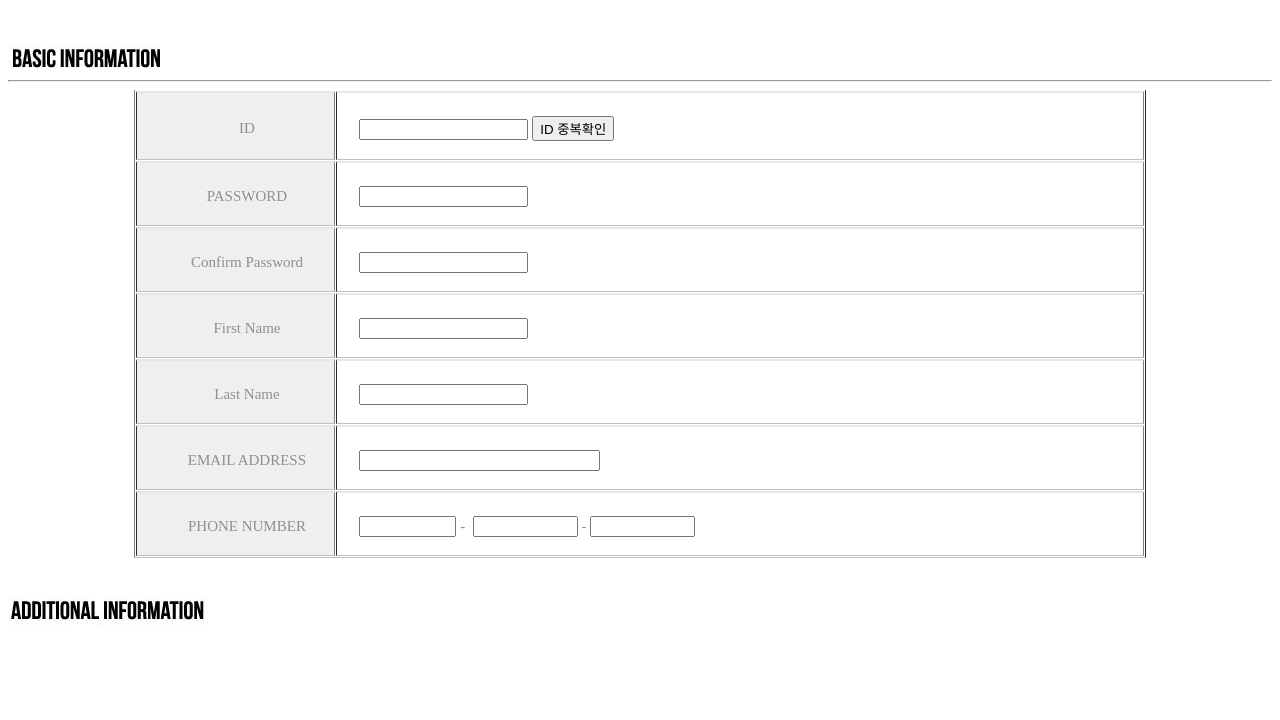
Repository: kminjoo/Making-website-using-JSP
Page: http://localhost/website_project/Register.jsp
The author's editor kept a copy of each file at every save. The page is drawn from the files as they stood at one save, then again after the next save.
The browser window is 1280 px wide. The pictures show the whole page.
The page is served by Tomcat 9. Other server files are loaded and not shown.

Above is the page before, as saved 2015-07-21 14:19:03.

### website_project/WebContent/Register.jsp
<%@ page language="java" contentType="text/html; charset=EUC-KR"
    pageEncoding="EUC-KR"%>
<!DOCTYPE html PUBLIC "-//W3C//DTD HTML 4.01 Transitional//EN" "http://www.w3.org/TR/html4/loose.dtd">
<html>
<head>
<meta http-equiv="Content-Type" content="text/html; charset=EUC-KR">
<title>Welcome to Minjoo's Website!</title>
<link href="style.css" rel="stylesheet" type="text/css">

<script language="JavaScript" src="script.js"></script>
</head>
<body><br><br>
<div><img src="<%=request.getContextPath() %>/images/basicInfo.JPG"/></div>
<hr>
<table border="1" cellpadding="18" cellspacing="1" width="80%" align="center">
<form name="regForm" method="post" action="RegisterProc.jsp">
	<tr>
		<td width="13%" align="center" bgcolor="#EFEFEF">ID</td>
		<td width="60%"><input type="text" name="mem_id" size="18">
		<input type="button" value="ID 중복확인" onClick="idCheck(this.form.mem_id.value)"></td>
	</tr>
	<tr>
		<td width="13%" align="center" bgcolor="#EFEFEF">PASSWORD</td>
		<td width="60%"><input type="password" name="mem_passwd" size="18">
	</tr>
	<tr>
		<td width="13%" align="center" bgcolor="#EFEFEF">Confirm Password</td>
		<td width="60%"><input type="password" name="mem_repasswd" size="18">
	</tr>
	<tr>
		<td width="13%" align="center" bgcolor="#EFEFEF">First Name</td>
		<td width="60%"><input type="text" name="mem_firstname" size="18"></td>
	</tr>
	<tr>
		<td width="13%" align="center" bgcolor="#EFEFEF">Last Name</td>
		<td width="60%"><input type="text" name="mem_lastname" size="18"></td>
	</tr>
	<tr>
		<td width="13%" align="center" bgcolor="#EFEFEF">EMAIL ADDRESS</td>
		<td width="60%"><input type="text" name="mem_email" size="27">
	</tr>
	<tr>
		<td width="13%" align="center" bgcolor="#EFEFEF">PHONE NUMBER</td>
		<td width="30%"><input type="text" name="mem_phone1" size="9">&nbsp;-&nbsp;
		<input type="text" name="mem_phone2" size="10">&nbsp;-&nbsp;<input type="text" name="mem_phone3" size="10"></td>
	</tr>

</table>
<br><br>
<div><img src="<%=request.getContextPath() %>/images/additional.JPG"/></div>
</form>

</body>
</html>

### website_project/WebContent/style.css
@CHARSET "EUC-KR";

hr {
    display: block;
    margin-top: 0.5em;
    margin-bottom: 0.5em;
    margin-left: auto;
    margin-right: auto;
    border-style: inset;
    border-width: 1px;
}

/*table {
    display: table;
    border-collapse: collpase;
    border-spacing: 0px;
    border-color: #EFEFEF;
}*/

img{vertical-align:middle;}

table{table-layout:fixed;border-top:0px solid #c0c0c0;border-bottom:1px solid #c0c0c0;}

td{padding:23px 0 18px 22px;border-top:2px solid #e7e7e7;color:#8f8f8f;line-height:140%;font-size:15px;}

### website_project/WebContent/script.js
/**
 *
 */


function loginCheck(){
	if(document.login.mem_id.value==""){
		alert("Enter your ID.");
		document.login.mem_id.focus();
		return;
	}
	if(document.login.mem_passwd.value==""){
		alert("Enter your password.");
		document.login.mem_passwd.focus();
		return;
	}
	document.login.submit();

}

function memberReg(){
	location.href ="Register.jsp";
}
function idCheck(id){
	if(id == ""){
	alert("Enter your ID.");
	document.regForm.mem_id.focus();
	}else{
		url="IdCheck.jsp?mem_id=" + id;
		window.open(url,"post","width=300,height=150");
	}
}

function inputCheck(){
	if(document.regForm.mem_id.value==""){
		alert("Enter your ID.");
		document.regForm.mem_id.focus();
		return;
	}
	if(document.regForm.mem_password.value==""){
		alert("Enter your Password.");
		document.regForm.mem_password.focus();
		return;
	}
	if(document.regForm.mem_repasswd.value==""){
		alert("Enter your Password.");
		document.regForm.mem_repasswd.focus();
		return;
	}

	if(document.regForm.mem_password.value != document.regForm.mem_repasswd.value){
		alert("Passwords do not match.");
		document.regForm.mem_passwd.focus();
		return;
	}

	if(document.regForm.mem_firstname.value==""){
		alert("Enter your first name.");
		document.regForm.mem_firstname.focus();
		return;
	}
	if(document.regForm.mem_lastname.value==""){
		alert("Enter your last name.");
		document.regForm.mem_lastname.focus();
		return;
	}
	if(document.regForm.mem_email.value==""){
		alert("Enter your email address.");
		document.regForm.mem_email.focus();
		return;
	}
	if(document.regForm.mem_phone1.value==""){
		alert("Enter your phone number.");
		document.regForm.mem_phone1.focus();
		return;
	}
	if(document.regForm.mem_phone2.value==""){
		alert("Enter your phone number.");
		document.regForm.mem_phone2.focus();
		return;
	}
	if(document.regForm.mem_phone3.value==""){
		alert("Enter your phone number.");
		document.regForm.mem_phone3.focus();
		return;
	}

	var str = document.regForm.mem_email.value;
	var atPos = str.indexOf('@');
	var atLastPos = str.lastIndexOf('@');
	var dotPos = str.indexOf('.');
	var spacePos = str.indexOf(' ');
	var commaPos = str.indexOf(',');
	var emailSize = str.length;

	if(atPos>1 && atPos == atLastPos && dotPos > 3 && spacePos == -1 &&
			commaPos == -1 && atPos + 1 < dotPos && dotPos + 1 < emailSize );
	else{
		alert("This e-mail address is incorrectly formatted. \n\r Please try again.");
		document.regForm.mem_email.focus();
		return;
	}

	document.regForm.submit();
}

function inputCheck2(){
	if(document.regForm.mem_id.value==""){
		alert("Enter your ID.");
		document.regForm.mem_id.focus();
		return;
	}
	if(document.regForm.mem_password.value==""){
		alert("Enter your Password.");
		document.regForm.mem_password.focus();
		return;
	}

	if(document.regForm.mem_firstname.value==""){
		alert("Enter your first name.");
		document.regForm.mem_firstname.focus();
		return;
	}
	if(document.regForm.mem_lastname.value==""){
		alert("Enter your last name.");
		document.regForm.mem_lastname.focus();
		return;
	}
	if(document.regForm.mem_email.value==""){
		alert("Enter your email address.");
		document.regForm.mem_email.focus();
		return;
	}
	if(document.regForm.mem_phone1.value==""){
		alert("Enter your phone number.");
		document.regForm.mem_phone1.focus();
		return;
	}
	if(document.regForm.mem_phone2.value==""){
		alert("Enter your phone number.");
		document.regForm.mem_phone2.focus();
		return;
	}
	if(document.regForm.mem_phone3.value==""){
		alert("Enter your phone number.");
		document.regForm.mem_phone3.focus();
		return;
	}

	var str = document.regForm.mem_email.value;
	var atPos = str.indexOf('@');
	var atLastPos = str.lastIndexOf('@');
	var dotPos = str.indexOf('.');
	var spacePos = str.indexOf(' ');
	var commaPos = str.indexOf(',');
	var emailSize = str.length;

	if(atPos>1 && atPos == atLastPos && dotPos > 3 && spacePos == -1 &&
			commaPos == -1 && atPos + 1 < dotPos && dotPos + 1 < emailSize );
	else{
		alert("This e-mail address is incorrectly formatted. \n\r Please try again.");
		document.regForm.mem_email.focus();
		return;
	}

	document.regForm.submit();
}

function win_close()
{
	self.close();
}

function searchInputCheck(sform){
	if(sform.search.value==""){
	alert("Enter what you want to search");
	sform.search.focus();
	return false;
}
	sform.submit();
}

After the next save:
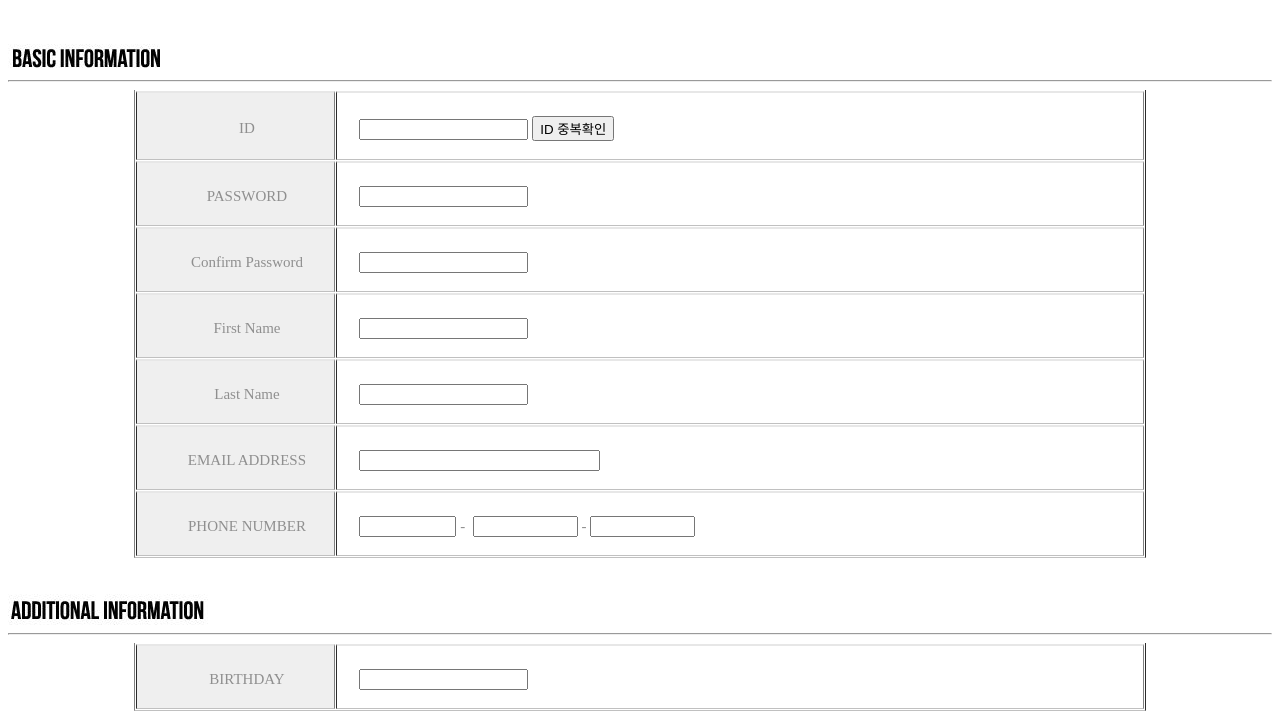
Saved 73 s later.
--- a/website_project/WebContent/Register.jsp
+++ b/website_project/WebContent/Register.jsp
@@ -48,6 +48,13 @@
 </table>
 <br><br>
 <div><img src="<%=request.getContextPath() %>/images/additional.JPG"/></div>
+<hr>
+<table border="1" cellpadding="18" cellspacing="1" width="80%" align="center">
+<tr>
+		<td width="13%" align="center" bgcolor="#EFEFEF">BIRTHDAY</td>
+		<td width="60%"><input type="text" name="mem_id" size="18"></td>
+</tr>
+</table>
 </form>
 
 </body>
